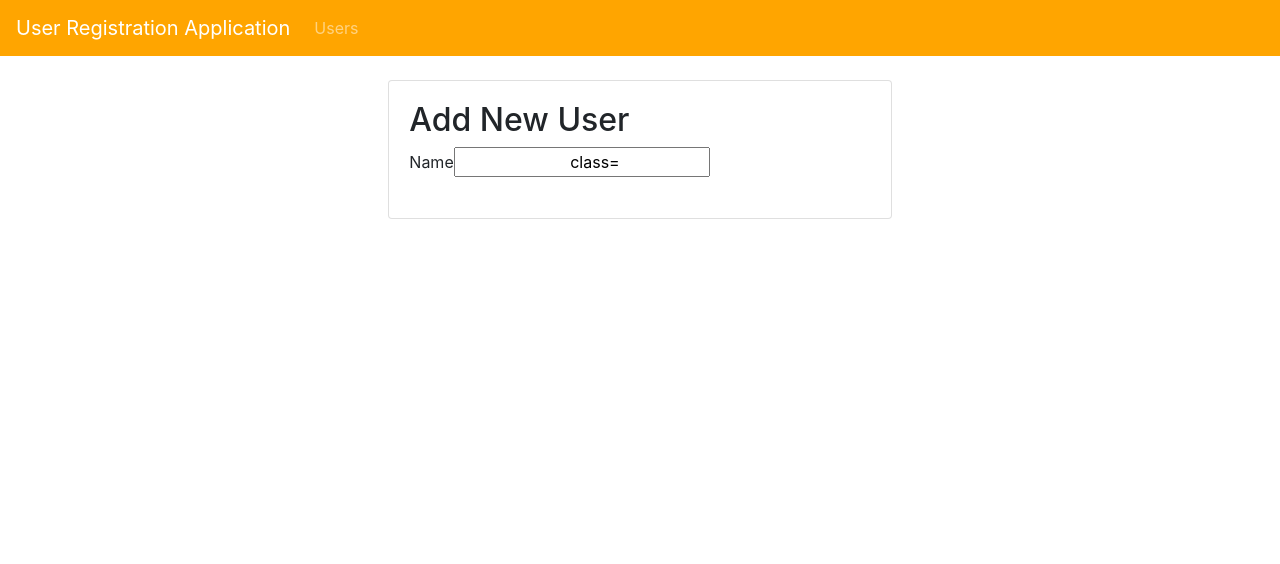
Repository: Malli120391/UserRegistrationSystemCrud
Page: http://localhost/UserRegistrationSystem/userform.jsp
The author's editor kept a copy of each file at every save. The page is drawn from the files as they stood at one save, then again after the next save.
The browser window is 1280 px wide. The pictures show the whole page.
The page is served by Tomcat 9. Other server files are loaded and not shown.

Above is the page before, as saved 2020-12-27 03:10:32.

### UserRegistrationSystem/WebContent/userform.jsp
<%@ page language="java" contentType="text/html; charset=ISO-8859-1"
    pageEncoding="ISO-8859-1"%>
    <%@ taglib uri="http://java.sun.com/jsp/jstl/core" prefix="c" %>
<!DOCTYPE html>
<html>
<head>
<meta charset="ISO-8859-1">
<title>User Registration Application</title>
  <link rel="stylesheet"
      href="https://stackpath.bootstrapcdn.com/bootstrap/4.3.1/css/bootstrap.min.css"
      integrity="sha384-ggOyR0iXCbMQv3Xipma34MD+dH/1fQ784/j6cY/iJTQUOhcWr7x9JvoRxT2MZw1T"
       crossorigin="anonymous">
</head>
<body>

     <header>

         <nav class="navbar navbar-expand-md navbar-dark" style="background-color: orange">

         <div>
         <a href="http://www.xadmin.net" class="navbar-brand">User
         Registration Application</a>
         </div>

          <ul class="navbar-nav">
          <li><a href="<%=request.getContextPath()%>/list" class="nav-link">Users</a></li>
          </ul>

         </nav>

    </header>
    <br>

        <div class="container col-md-5">
           <div class="card">
            <div class="card-body">
               <c:if test="${user!=null}">
               <form action="updateuser" method="post">
               </c:if>
               <c:if test="${user == null}">
               <form action="insertuser" method="post">
               </c:if>

                 <caption>
                  <h2>
                   <c:if test="${user!=null}">
                    Edit User
                   </c:if>
                   <c:if test="${user == null }">
                     Add New User
                   </c:if>
                  </h2>

                 </caption>

                  <c:if test="${user!=null}">
                    <input type="hidden" name="id" value="<c:out value='${user.id}'/>"/>
                  </c:if>

                   <fieldset class="form-group">
                    <label>Name</label><input type="text" value=<c:out value='${user.name}'/>"
                        class="form-control" name="name" required="required">
                   </fieldset>

            </div>
           </div>
        </div>

</body>
</html>

After the next save:
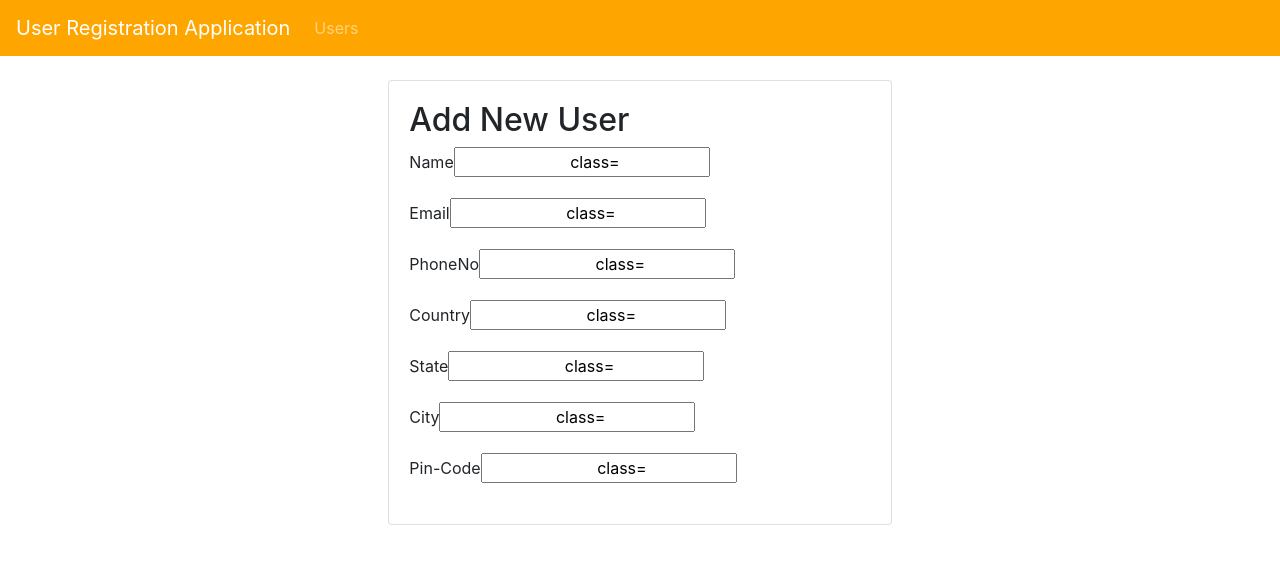
Saved 4 min 45 s later.
--- a/UserRegistrationSystem/WebContent/userform.jsp
+++ b/UserRegistrationSystem/WebContent/userform.jsp
@@ -62,6 +62,36 @@
                         class="form-control" name="name" required="required">
                    </fieldset>
 
+                   <fieldset class="form-group">
+                    <label>Email</label><input type="text" value=<c:out value='${user.email}'/>"
+                        class="form-control" name="email" required="required">
+                   </fieldset>
+
+                   <fieldset class="form-group">
+                    <label>PhoneNo</label><input type="text" value=<c:out value='${user.phoneNo}'/>"
+                        class="form-control" name="phoneNo" required="required">
+                   </fieldset>
+
+                   <fieldset class="form-group">
+                    <label>Country</label><input type="text" value=<c:out value='${user.country}'/>"
+                        class="form-control" name="Country" required="required">
+                   </fieldset>
+
+                   <fieldset class="form-group">
+                    <label>State</label><input type="text" value=<c:out value='${user.state}'/>"
+                        class="form-control" name="state" required="required">
+                   </fieldset>
+
+                   <fieldset class="form-group">
+                    <label>City</label><input type="text" value=<c:out value='${user.city}'/>"
+                        class="form-control" name="city" required="required">
+                   </fieldset>
+
+                   <fieldset class="form-group">
+                    <label>Pin-Code</label><input type="text" value=<c:out value='${user.pincode}'/>"
+                        class="form-control" name="pincode" required="required">
+                   </fieldset>
+
             </div>
            </div>
         </div>
